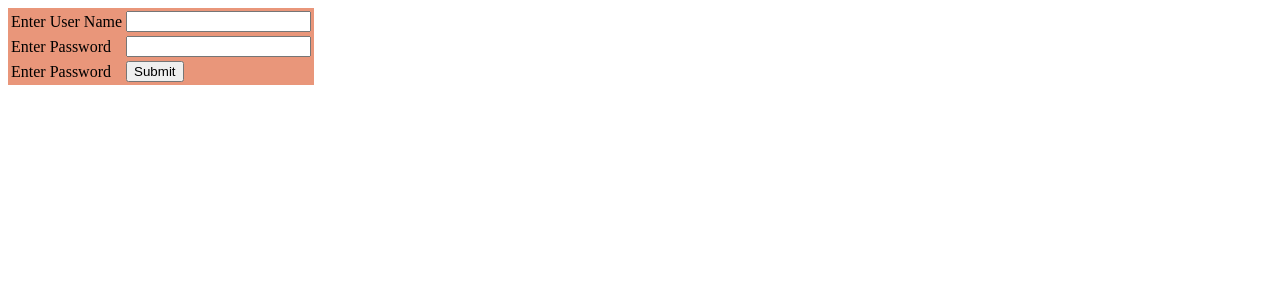
Repository: Pramila0526/LoginRegistrationUsingFilters
Page: http://localhost/LoginAndRegistration/login.jsp
The author's editor kept a copy of each file at every save. The page is drawn from the files as they stood at one save, then again after the next save.
The browser window is 1280 px wide. The pictures show the whole page.
The page is served by Tomcat 9.

Above is the page before, as saved 2019-12-26 11:31:42.

After the next save:
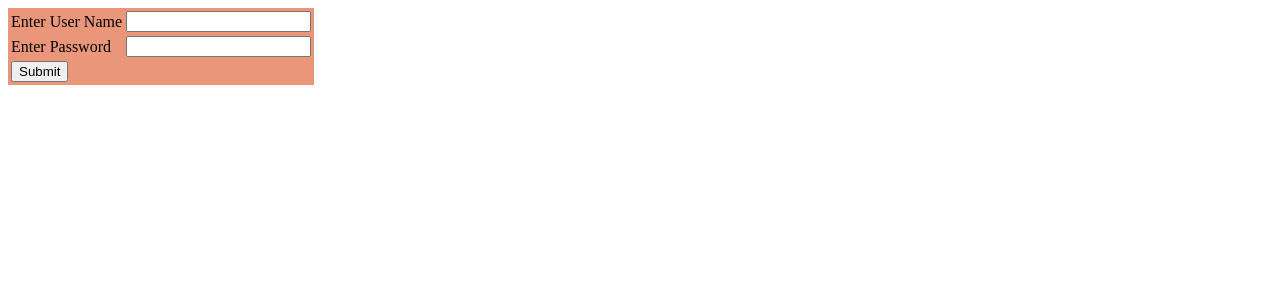
Saved 11 s later.
--- a/LoginAndRegistration/WebContent/login.jsp
+++ b/LoginAndRegistration/WebContent/login.jsp
@@ -19,7 +19,6 @@
 			</tr>
 
 			<tr>
-				<td>Enter Password</td>
 				<td><input type="submit" name="Login"></td>
 			</tr>
 		</table>
